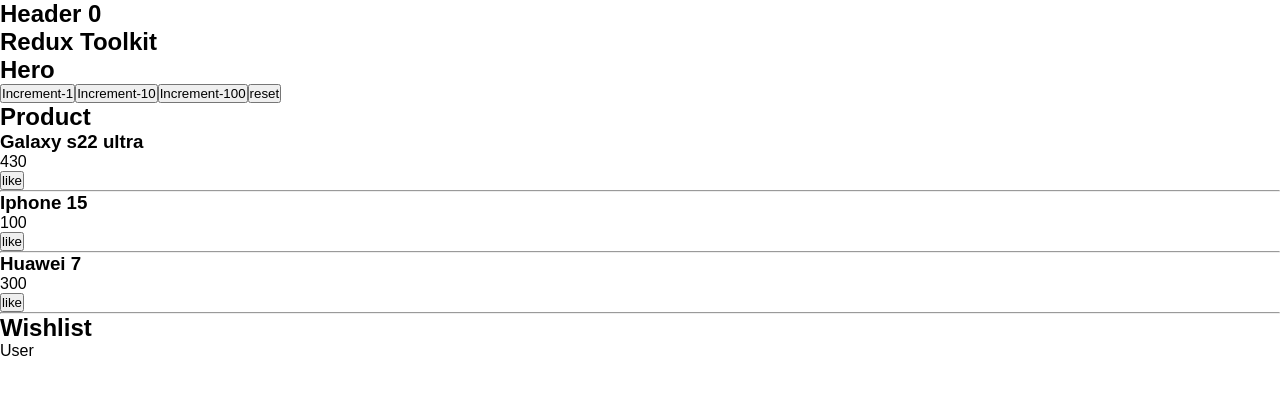
Repository: SitoraRashidova/userCrudFront
Page: /
The author's editor kept a copy of each file at every save. The page is drawn from the files as they stood at one save, then again after the next save.
The browser window is 1280 px wide. The pictures show the whole page.
The project was rebuilt for these pictures with package versions that can differ from the ones it lists, and the page was loaded fresh each time. Also part of the build but not shown: vite.config.js.

Above is the page before, as saved 2024-12-10 00:24:22.

### src/main.jsx
import { StrictMode } from "react";
import { createRoot } from "react-dom/client";
import "./index.css";
import App from "./App.jsx";
// redux toolkid codes here
import { Provider } from "react-redux";
import store from "./redux/index.js";

createRoot(document.getElementById("root")).render(
  <StrictMode>
    <Provider store={store}>
      <App />
    </Provider>
  </StrictMode>
);

### src/App.jsx
import React from "react";
import { Header } from "./components/Header";
import Hero from "./components/Hero";
import Product from "./components/Product";
import Wishlist from "./components/Wishlist";
import User from "./pages/user/User";
function App() {
  return (
    <>
      <Header />
      <h2>Redux Toolkit</h2>
      <Hero />
      <Product />
      <Wishlist />
      <User />
    </>
  );
}

export default App;

### src/redux/index.js
import { configureStore } from "@reduxjs/toolkit";
import counterSlice from "./slices/counter-slice";
import wishlist from "./slices/wishlist-slice";
import user from "./slices/user-slice";
const store = configureStore({
  reducer: {
    counter: counterSlice,
    wishlist,
    user,
  },
});
export default store;

### src/components/Header.jsx
import React from "react";
import { useSelector } from "react-redux";

export const Header = () => {
  const counter = useSelector((state) => state.counter.value);
  console.log(counter);
  return (
    <div>
      <h2>Header {counter}</h2>
    </div>
  );
};

### src/components/Hero.jsx
import React from "react";
import { useDispatch } from "react-redux";
import { inc, reset } from "../redux/slices/counter-slice";
const Hero = () => {
  const dispatch = useDispatch();
  return (
    <div>
      <h2>Hero</h2>
      <button onClick={() => dispatch(inc(1))}>Increment-1</button>
      <button onClick={() => dispatch(inc(10))}>Increment-10</button>
      <button onClick={() => dispatch(inc(100))}>Increment-100</button>
      <button onClick={() => dispatch(reset())}>reset</button>
    </div>
  );
};

export default Hero;

### src/components/Product.jsx
import React from "react";
import { useDispatch } from "react-redux";
import { addWishlist } from "../redux/slices/wishlist-slice";
const DATA = [
  {
    id: 1,
    title: "Galaxy s22 ultra",
    price: 430,
  },
  {
    id: 2,
    title: "Iphone 15",
    price: 100,
  },
  {
    id: 3,
    title: "Huawei 7",
    price: 300,
  },
];
const Product = () => {
  const disptach = useDispatch();
  return (
    <div>
      <h2>Product</h2>
      {DATA?.map((item) => (
        <div key={item.id}>
          <h3>{item.title}</h3>
          <p>{item.price}</p>
          <button onClick={() => disptach(addWishlist(item))}>like</button>
          <hr />
        </div>
      ))}
    </div>
  );
};

export default Product;

### src/components/Wishlist.jsx
import React from "react";
import { useSelector } from "react-redux";
const Wishlist = () => {

  const wishlist = useSelector((s) => s.wishlist.value);
  console.log(wishlist);
  return (
    <div>
      <h2>Wishlist</h2>
      {wishlist?.map((item) => (
        <div key={item.id}>
          <h3>{item.title}</h3>
          <p>{item.price}</p>
          <hr />
        </div>
      ))}
    </div>
  );
};

export default Wishlist;

### src/redux/slices/counter-slice.js
import { createSlice } from "@reduxjs/toolkit";
const counterSlice = createSlice({
  name: "counter",
  initialState: {
    value: 0,
  },
  reducers: {
    inc(state, action) {
      state.value += action.payload ? action.payload : 1 ;
    },
    dec(state) {
      state.value -= 1;
    },
    reset(state) {
      state.value = 0;
    },
  },
});
export const { inc, dec, reset } = counterSlice.actions; //setState
export default counterSlice.reducer; //state

### src/redux/slices/wishlist-slice.js
import { createSlice } from "@reduxjs/toolkit";

const wishlistSlice = createSlice({
  name: "wishlist",
  initialState: {
    value: [],
  },
  reducers: {
    addWishlist(state, action) {
      const index = state.value.findIndex(({ id }) => id === action.payload.id);
      if (index < 0) {
        state.value.push(action.payload);
      } else {
        state.value.filter(({ id }) => id !== action.payload.id);
      }
    },
  },
});
export const { addWishlist } = wishlistSlice.actions; //setState
export default wishlistSlice.reducer; //state

### src/redux/slices/user-slice.js
import { createSlice } from "@reduxjs/toolkit";

const initialState = {
  userInfo: {
    firstName: "",
    lastName: "",
    age: "",
    address: "",
    email: "",
    password: "",
    confirmPassword: "",
    gender: "",
  },
  users: [],
};

const userSlice = createSlice({
  name: "user",
  initialState,
  reducers: {
    setUserInfo: (state, action) => {
      state.userInfo = action.payload;
    },
    addUser: (state) => {
      state.users.push(state.userInfo);
      state.userInfo = initialState.userInfo;
    },
    updateUser: (state, action) => {
      const index = state.users.findIndex(
        (user) => user.email === action.payload.email
      );
      if (index !== -1) {
        state.users[index] = action.payload;
      }
    },
    deleteUser: (state, action) => {
      state.users = state.users.filter((user) => user.email !== action.payload);
    },
  },
});

export const { setUserInfo, addUser, updateUser, deleteUser } =
  userSlice.actions;

export default userSlice.reducer;

Loaded but not shown: index.html (common file); src/index.css (common file); src/pages/user/User.jsx (common file)

After the next save:
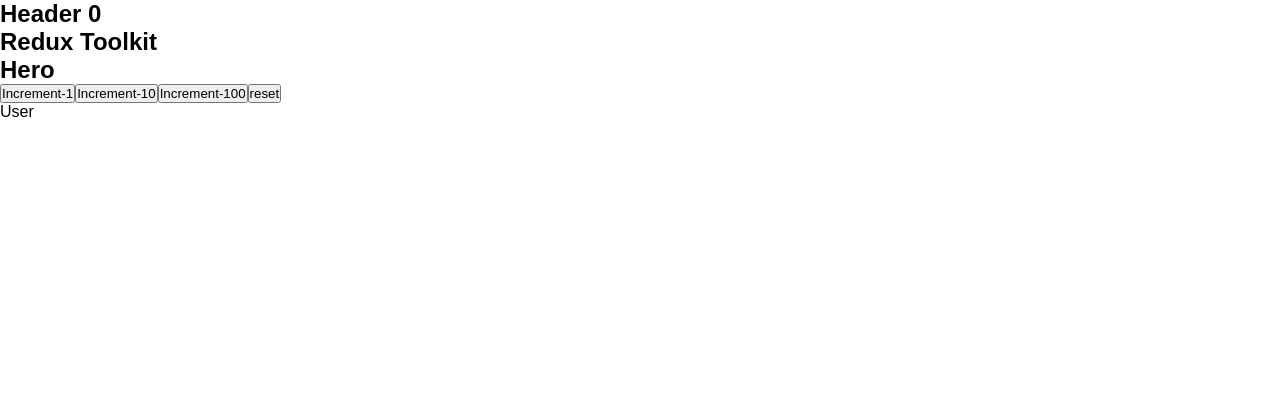
Saved 30 s later.
--- a/src/App.jsx
+++ b/src/App.jsx
@@ -10,8 +10,8 @@
       <Header />
       <h2>Redux Toolkit</h2>
       <Hero />
-      <Product />
-      <Wishlist />
+      {/* <Product />
+      <Wishlist /> */}
       <User />
     </>
   );
